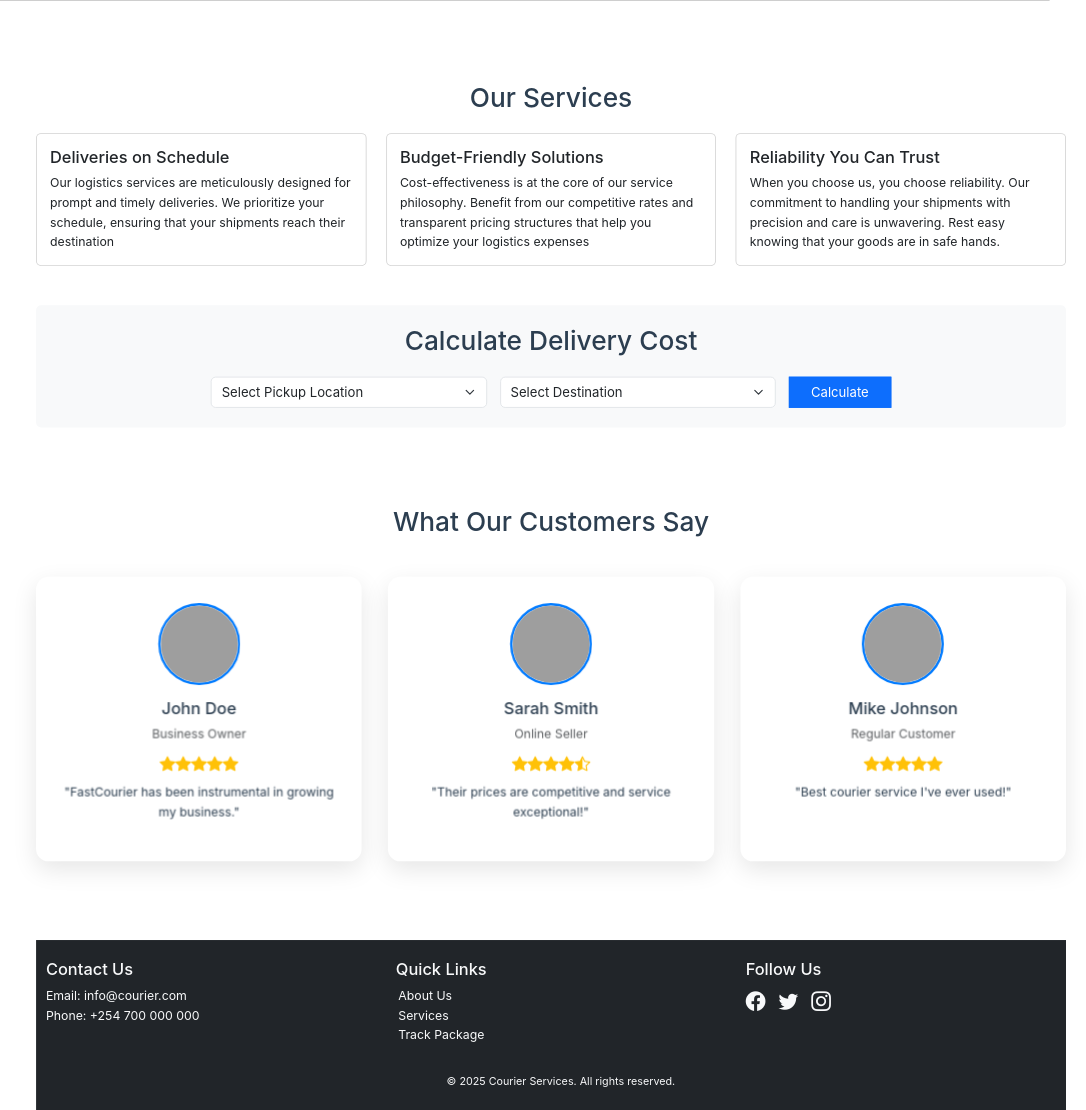
Repository: stancillous/package-yangu-logistics
Page: /
These files come from the project's save history. The page is drawn as it stood at one moment and after a run of saves; the edit follows.
The browser window is 1280 px wide. The page is 1324 px wide, so the pictures cover 1324 px, including what lies to the right of the window. The pictures show the part of the page from y = 676 to 2035 px (the page is 2030 px tall before and 2035 px after), at 82% of full size.
Pictures or frames that could not be fetched are drawn as grey boxes. The project was rebuilt for these pictures with package versions that can differ from the ones it lists, and the page was loaded fresh each time. Also part of the build but not shown: vite.config.ts.

Above is the page before, as saved 2025-01-31 14:10:21.

### index.html
<!DOCTYPE html>
<html lang="">
  <head>
    <meta charset="UTF-8">
    <meta name="viewport" content="width=device-width, initial-scale=1.0">
    <link rel="icon" href="/favicon.ico">

    <!-- Bootstrap CSS -->
    <link href="https://cdn.jsdelivr.net/npm/bootstrap@5.3.0/dist/css/bootstrap.min.css" rel="stylesheet">
    <!-- Bootstrap Icons -->
    <link href="https://cdn.jsdelivr.net/npm/bootstrap-icons@1.11.1/font/bootstrap-icons.css" rel="stylesheet">

    <!-- Fonts -->

    <link rel="preconnect" href="https://fonts.googleapis.com">
    <link rel="preconnect" href="https://fonts.gstatic.com" crossorigin>
    <link href="https://fonts.googleapis.com/css2?family=Roboto:ital,wght@0,100..900;1,100..900&display=swap" rel="stylesheet">
    <title>Courier</title>

    <style>
      body{
        font-family: 'Roboto', sans-serif;
        overflow-x: hidden;
        width: 100vw;
      }

      button{
        border-radius: 0 !important;
      }

    </style>
  </head>
  <body>
    <div id="app"></div>


    <script type="module" src="/src/main.ts"></script>
    <!-- Bootstrap JS -->
    <script src="https://cdn.jsdelivr.net/npm/bootstrap@5.3.0/dist/js/bootstrap.bundle.min.js"></script>
  </body>
</html>

### src/main.ts
import './assets/main.css'

import { createApp } from 'vue'
import App from './App.vue'
import router from './router'

// import { BootstrapVue, BootstrapVueIcons } from 'bootstrap-vue'

// import 'bootstrap/dist/css/bootstrap.css'
// import 'bootstrap-vue/dist/bootstrap-vue.css'

const app = createApp(App)

// app.use(BootstrapVue)
// app.use(BootstrapVueIcons)

app.use(router)

app.mount('#app')

### src/App.vue
<script setup lang="ts">
import { RouterLink, RouterView } from 'vue-router'
import Index from './views/Index.vue'
</script>

<template>
  <div>
    <Index/>
  </div>

</template>

<style scoped>

body{
  border: 8px solid red !important;
}
</style>

### src/router/index.ts
import { createRouter, createWebHistory } from 'vue-router'
import Index from '../views/Index.vue'

const router = createRouter({
  history: createWebHistory(import.meta.env.BASE_URL),
  routes: [
    {
      path: '/',
      name: 'home',
      component: Index,
    },
    // {
    //   path: '/about',
    //   name: 'about',
    //   // route level code-splitting
    //   // this generates a separate chunk (About.[hash].js) for this route
    //   // which is lazy-loaded when the route is visited.
    //   component: () => import('../views/AboutView.vue'),
    // },
  ],
})

export default router

### src/views/Index.vue
<template>
    <div class="container">
      <nav class="navbar navbar-expand-lg navbar-light bg-white fixed-top shadow-sm">
        <div class="container">
          <a class="navbar-brand d-flex align-items-center" href="#">
            <i class="bi bi-box-seam fs-2 text-primary me-2"></i>
            <span class="fw-bold">FastCourier</span>
          </a>
          <button class="navbar-toggler" type="button" data-bs-toggle="collapse" data-bs-target="#navbarNav">
            <span class="navbar-toggler-icon"></span>
          </button>
          <div class="collapse navbar-collapse" id="navbarNav">
              <ul class="navbar-nav ms-auto">
                  <li><small class="text-uppercase"><a class="nav-link" href="#">home</a></small></li>
                  <li><small class="text-uppercase"><a class="nav-link" href="#">services</a></small></li>
                  <li><small class="text-uppercase"><a class="nav-link" href="#">about us</a></small></li>
                  <li><small class="text-uppercase"><a class="nav-link" href="#">news</a></small></li>
              </ul>
              <div class="ms-5">
                  <button class="btn btn-sm btn-outline-primary">CONTACT US</button>
              </div>
          </div>
        </div>
      </nav>

      <div class="content-wrapper">
        <div class="hero-section">
            <div class="hero-content">
                <h1 class="fw-bold  display-4">Seamless Shipping, <br> Unmatched Care</h1>
                <p class="card-text">Delivering Convenience with Every Shipment. Enjoy smooth logistics and outstanding customer service backed by our commitment to excellence.</p>
                <button class="btn btn-sm btn-light px-4 py-2 text-primary">Get Started</button>
            </div>
        </div>


        <!-- Services Section -->
        <div style="padding-top: 700px;" class="">
          <h2 class="text-center mb-4">Our Services</h2>
          <div class="row g-4">
            <div class="col-md-4">
              <div class="card h-100">
                <div class="card-body">
                  <!-- <i class="bi bi-truck fs-1 text-primary mb-3"></i> -->
                  <h5 class="card-ttle">Deliveries on Schedule</h5>
                  <p class="card-text">Our logistics services are meticulously designed for prompt and timely deliveries. We prioritize your schedule, ensuring that your shipments reach their destination</p>
                </div>
              </div>
            </div>
            <div class="col-md-4">
              <div class="card h-100">
                <div class="card-body">
                  <!-- <i class="bi bi-globe fs-1 text-primary mb-3"></i> -->
                  <h5 class="card-title">Budget-Friendly Solutions</h5>
                  <p class="card-text">Cost-effectiveness is at the core of our service philosophy. Benefit from our competitive rates and transparent pricing structures that help you optimize your logistics expenses</p>
                </div>
              </div>
            </div>
            <div class="col-md-4">
              <div class="card h-100">
                <div class="card-body">
                  <!-- <i class="bi bi-shield-check fs-1 text-primary mb-3"></i> -->
                  <h5 class="card-title">Reliability You Can Trust</h5>
                  <p class="card-text">When you choose us, you choose reliability. Our commitment to handling your shipments with precision and care is unwavering. Rest easy knowing that your goods are in safe hands.</p>
                </div>
              </div>
            </div>
          </div>
        </div>

        <!-- Delivery Calculator -->
        <div class="calculator-section my-5 py-4 bg-light rounded">
          <h2 class="text-center mb-4">Calculate Delivery Cost</h2>
          <div class="row justify-content-center">
            <div class="col-md-8">
              <div class="row g-3">
                <div class="col-md-5">
                  <select v-model="pickup" class="form-select">
                    <option value="" disabled selected>Select Pickup Location</option>
                    <option value="nairobi">Nairobi</option>
                    <option value="mombasa">Mombasa</option>
                    <option value="kisumu">Kisumu</option>
                    <option value="nakuru">Nakuru</option>
                    <option value="eldoret">Eldoret</option>
                  </select>
                </div>
                <div class="col-md-5">
                  <select v-model="destination" class="form-select">
                    <option value="" disabled selected>Select Destination</option>
                    <option value="nairobi">Nairobi</option>
                    <option value="mombasa">Mombasa</option>
                    <option value="kisumu">Kisumu</option>
                    <option value="nakuru">Nakuru</option>
                    <option value="eldoret">Eldoret</option>
                  </select>
                </div>
                <div class="col-md-2">
                  <button @click="calculatePrice" class="btn btn-primary w-100">Calculate</button>
                </div>
              </div>
              <div v-if="price" class="mt-4 text-center">
                <h4>Estimated Cost: KES {{ price }}</h4>
              </div>
            </div>
          </div>
        </div>

        <!-- Reviews Section -->
        <div class="reviews-section my-5 py-5">
          <h2 class="text-center mb-5">What Our Customers Say</h2>
          <div class="reviews-grid">
            <div class="review-card">
              <div class="review-image">
                <img src="https://randomuser.me/api/portraits/men/32.jpg" alt="John Doe">
              </div>
              <h5 class="mt-3">John Doe</h5>
              <p class="text-muted mb-2">Business Owner</p>
              <div class="rating mb-2">
                <i class="bi bi-star-fill text-warning"></i>
                <i class="bi bi-star-fill text-warning"></i>
                <i class="bi bi-star-fill text-warning"></i>
                <i class="bi bi-star-fill text-warning"></i>
                <i class="bi bi-star-fill text-warning"></i>
              </div>
              <p>"FastCourier has been instrumental in growing my business."</p>
            </div>

            <div class="review-card">
              <div class="review-image">
                <img src="https://randomuser.me/api/portraits/women/44.jpg" alt="Sarah Smith">
              </div>
              <h5 class="mt-3">Sarah Smith</h5>
              <p class="text-muted mb-2">Online Seller</p>
              <div class="rating mb-2">
                <i class="bi bi-star-fill text-warning"></i>
                <i class="bi bi-star-fill text-warning"></i>
                <i class="bi bi-star-fill text-warning"></i>
                <i class="bi bi-star-fill text-warning"></i>
                <i class="bi bi-star-half text-warning"></i>
              </div>
              <p>"Their prices are competitive and service exceptional!"</p>
            </div>

            <div class="review-card">
              <div class="review-image">
                <img src="https://randomuser.me/api/portraits/men/67.jpg" alt="Mike Johnson">
              </div>
              <h5 class="mt-3">Mike Johnson</h5>
              <p class="text-muted mb-2">Regular Customer</p>
              <div class="rating mb-2">
                <i class="bi bi-star-fill text-warning"></i>
                <i class="bi bi-star-fill text-warning"></i>
                <i class="bi bi-star-fill text-warning"></i>
                <i class="bi bi-star-fill text-warning"></i>
                <i class="bi bi-star-fill text-warning"></i>
              </div>
              <p>"Best courier service I've ever used!"</p>
            </div>
          </div>
        </div>

        <!-- Footer -->
        <footer class="bg-dark text-light py-4 mt-5">
          <div class="container">
            <div class="row">
              <div class="col-md-4">
                <h5>Contact Us</h5>
                <p>Email: info@courier.com<br>
                   Phone: +254 700 000 000</p>
              </div>
              <div class="col-md-4">
                <h5>Quick Links</h5>
                <ul class="list-unstyled">
                  <li><a href="#" class="text-light">About Us</a></li>
                  <li><a href="#" class="text-light">Services</a></li>
                  <li><a href="#" class="text-light">Track Package</a></li>
                </ul>
              </div>
              <div class="col-md-4">
                <h5>Follow Us</h5>
                <div class="fs-4">
                  <i class="bi bi-facebook me-3"></i>
                  <i class="bi bi-twitter me-3"></i>
                  <i class="bi bi-instagram"></i>
                </div>
              </div>
            </div>
            <div class="text-center mt-3">
              <small>&copy; 2025 Courier Services. All rights reserved.</small>
            </div>
          </div>
        </footer>
      </div>
    </div>
  </template>

  <script>
  export default {
    name: 'Index',
    data() {
      return {
        pickup: '',
        destination: '',
        price: null
      }
    },
    methods: {
      calculatePrice() {
        if (this.pickup && this.destination) {
          // Generate a random price between 1000 and 5000
          this.price = Math.floor(Math.random() * (5000 - 1000 + 1)) + 1000;
        }
      }
    }
  }
  </script>

  <style scoped>

.hero-section {
    position: absolute;
    left: 0;
  width: 100vw;
  height: 600px;
  background-image: url('https://images.unsplash.com/photo-1578575437130-527eed3abbec');
  background-size: cover;
  background-position: center;
  /* position: relative; */
  display: flex;
  align-items: center;
  justify-content: center;
  color: white;
  margin-left: calc(-50vw + 50%);
  margin-right: calc(-50vw + 50%);
}

.hero-section::before {
  content: '';
  position: absolute;
  top: 0;
  left: 0;
  width: 100%;
  height: 100%;
  background: rgba(0, 0, 0, 0.6);
}

.hero-content {
  position: relative;
  z-index: 2;
  max-width: 800px;
  text-align: left;
  padding: 0 1rem;
}

  button{
    border-radius: 0 !important;
  }
  .container {
      width: 100vw;
      max-width: 1500px;
      margin: auto;
  }

  .content-wrapper {
      margin-top: 76px;
  }

  .carousel-caption {
    background: rgba(0, 0, 0, 0.5);
    padding: 2rem;
    border-radius: 10px;
  }

  .card {
    transition: transform 0.3s;
  }

  .card:hover {
    transform: translateY(-5px);
  }

  .reviews-grid {
      display: grid;
      grid-template-columns: repeat(auto-fit, minmax(300px, 1fr));
      gap: 2rem;
      perspective: 1000px;
  }

  .review-card {
      background: white;
      border-radius: 15px;
      padding: 2rem;
      text-align: center;
      box-shadow: 0 10px 30px rgba(0, 0, 0, 0.1);
      transition: transform 0.5s;
      transform-style: preserve-3d;
  }

  .review-card:hover {
      transform: translateZ(20px) rotateX(5deg);
  }

  .review-image {
      width: 100px;
      height: 100px;
      margin: 0 auto;
      border-radius: 50%;
      overflow: hidden;
      border: 3px solid #007bff;
  }

  .review-image img {
      width: 100%;
      height: 100%;
      object-fit: cover;
  }

  .rating {
      font-size: 1.2rem;
  }

  @media (max-width: 768px) {
      .reviews-grid {
          grid-template-columns: 1fr;
      }
  }
  </style>

Loaded but not shown: src/assets/main.css (common file); src/assets/base.css (common file)

After the next 2 saves:
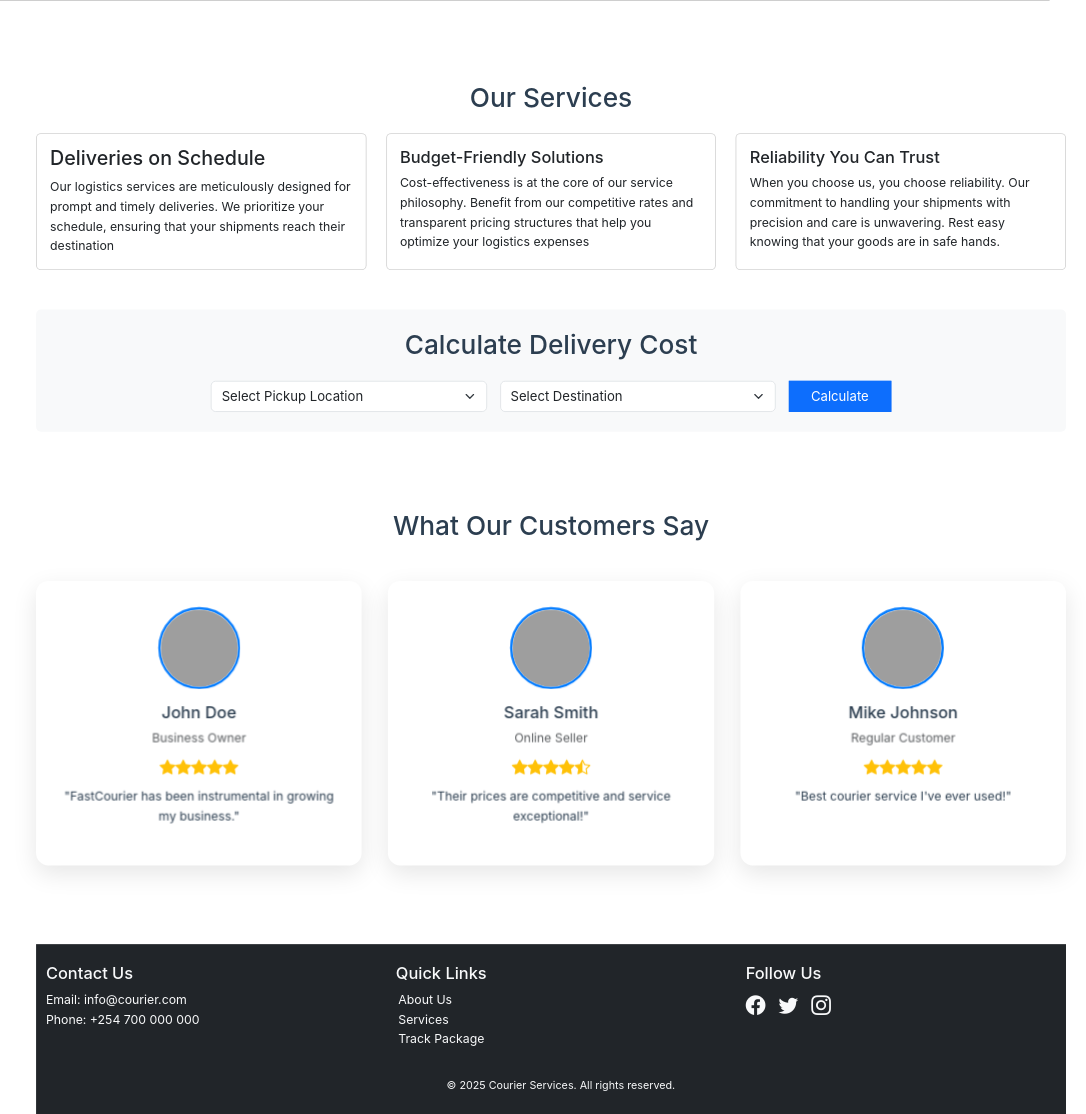
The 2 saves are shown as one change because they came seconds apart.
The last was saved 6 s later.
--- a/src/views/Index.vue
+++ b/src/views/Index.vue
@@ -41,7 +41,7 @@
               <div class="card h-100">
                 <div class="card-body">
                   <!-- <i class="bi bi-truck fs-1 text-primary mb-3"></i> -->
-                  <h5 class="card-ttle">Deliveries on Schedule</h5>
+                  <h4 class="card-ttle">Deliveries on Schedule</h4>
                   <p class="card-text">Our logistics services are meticulously designed for prompt and timely deliveries. We prioritize your schedule, ensuring that your shipments reach their destination</p>
                 </div>
               </div>
